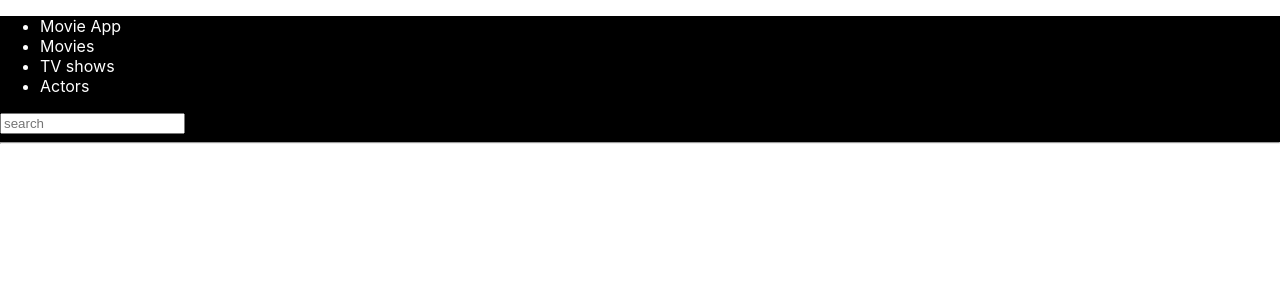
Repository: manahiang/MovieMana
Page: / (app in src/)
The author's editor kept a copy of each file at every save. The page is drawn from the files as they stood at one save, then again after a run of saves.
The browser window is 1280 px wide. The pictures show the whole page.
The project was rebuilt for these pictures with package versions that can differ from the ones it lists, and the page was loaded fresh each time. Also part of the build but not shown: src/src/App.css.

Above is the page before, as saved 2022-11-14 10:37:27.

After the next 2 saves:
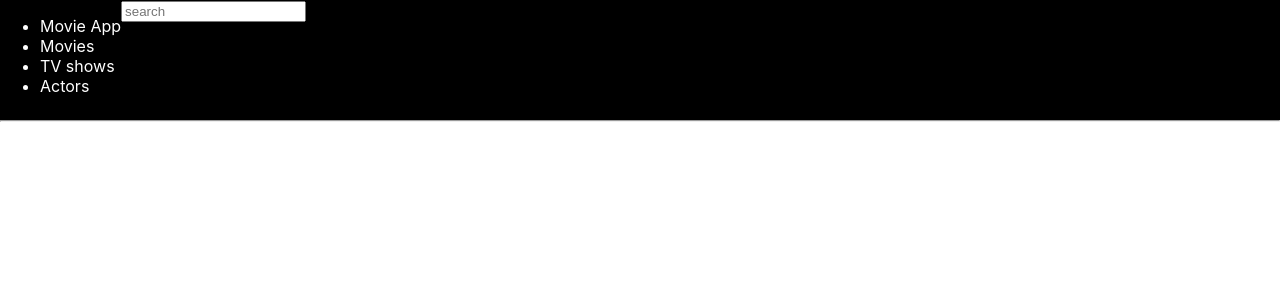
The 2 saves are shown as one change because they came seconds apart.
The last was saved 21 s later.
--- a/src/src/index.css
+++ b/src/src/index.css
@@ -12,4 +12,6 @@ body {
   height: 100%;
   background-color: black;
 }
-.navbar
+.navbar{
+  display: flex;
+}
